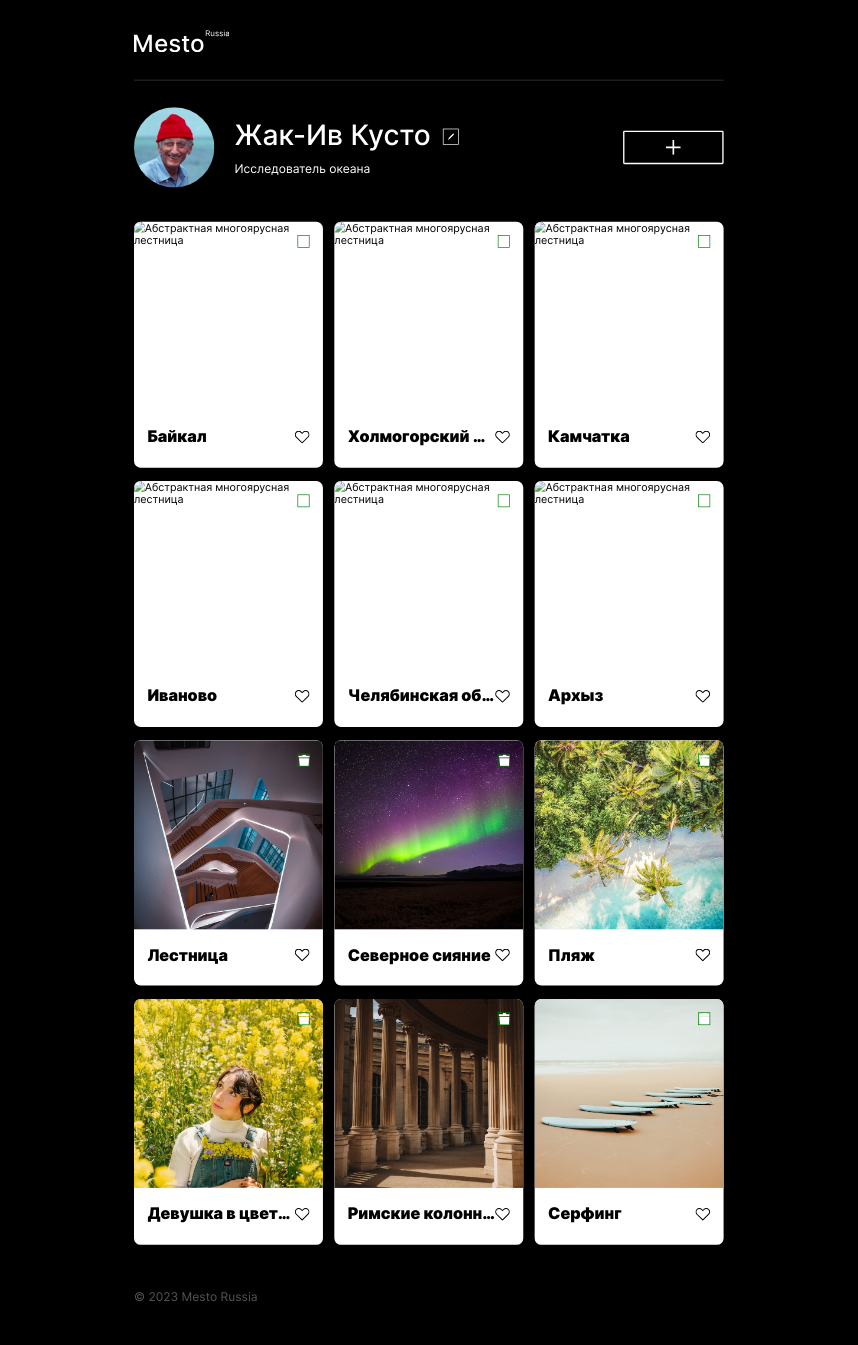
Repository: Dmitry-Rusinov/mesto
Page: index.html
These files come from the project's save history. The page is drawn as it stood at one moment and after the next save; the edit follows.
The browser window is 1280 px wide. The pictures show the whole page, at 67% of full size.

Above is the page before, as saved 2023-05-12 15:07:26.

After the next save:
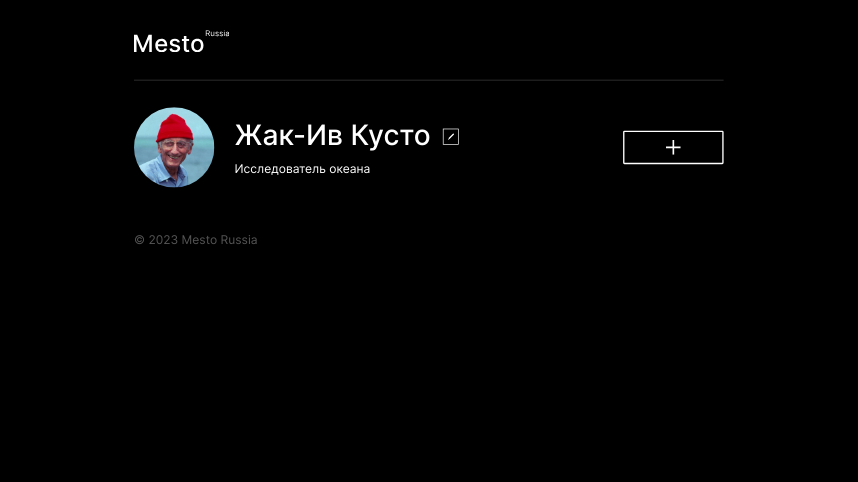
Console error: TypeError: Cannot read properties of null (reading 'content')
Saved 9 min 24 s later.
--- a/index.html
+++ b/index.html
@@ -38,7 +38,7 @@
           ></button>
         </section>
         <section class="elements">
-          <ul class="elements__card">
+          <!--<ul class="elements__card">
             <li class="elements__card-content">
               <img
                 src="./images/andrea-de-santis-Hu1ixxtInvs-unsplash.jpg"
@@ -147,7 +147,7 @@
                 </div>
               </div>
             </li>
-          </ul>
+          </ul>-->
         </section>
       </main>
       <footer class="footer">
--- a/scripts/index.js
+++ b/scripts/index.js
@@ -73,7 +73,6 @@ const elementsInfo = initialCards.map((item) => {
 });
 
 function createCard({name, link}) {
-  //const changedElements = elementsCard.querySelector('.elements__card-content').cloneNode(true);
   const changedElements = elementsCard.querySelector('.elements__card-content').cloneNode(true);
   changedElements.querySelector('.elements__title').textContent = name;
   changedElements.querySelector('.elements__picture').src = link;
